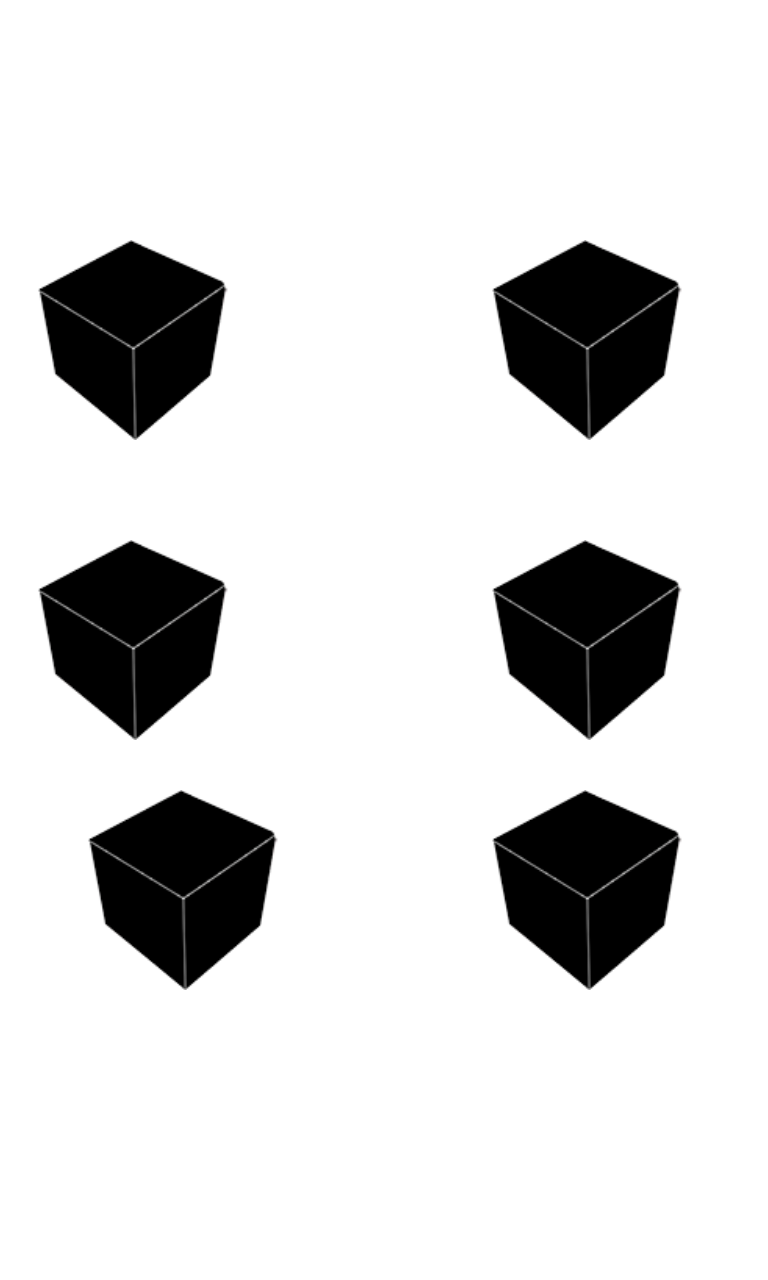
Repository: DSKarramba/university
Layout: models_and_methods_ICS/lab_01/code/calc/res/layout/activity_main.xml
An editor plug-in stored every save of this project. The layout is shown before and after the next save, followed by the edit.
It is drawn on a 768 x 1280 px phone screen (xhdpi) without system bars, with theme AppTheme; the app's code is not run.

Above is the layout before, as saved 2014-12-11 03:41:34.

### models_and_methods_ICS/lab_01/code/calc/res/layout/activity_main.xml
<RelativeLayout xmlns:android="http://schemas.android.com/apk/res/android"
    xmlns:tools="http://schemas.android.com/tools"
    android:layout_width="match_parent"
    android:layout_height="match_parent"
    android:layout_gravity="top"
    android:paddingBottom="@dimen/activity_vertical_margin"
    android:paddingLeft="@dimen/activity_horizontal_margin"
    android:paddingRight="@dimen/activity_horizontal_margin"
    android:paddingTop="@dimen/activity_vertical_margin"
    tools:context="com.example.calc.MainActivity" >

    <ImageButton
        android:id="@+id/img1"
        android:layout_width="100dp"
        android:layout_height="100dp"
        android:layout_above="@+id/img3"
        android:layout_alignLeft="@+id/img3"
        android:layout_marginBottom="50dp"
        android:background="@android:color/transparent"
        android:contentDescription="@string/str_box"
        android:scaleType="fitCenter"
        android:src="@drawable/box" />

    <ImageButton
        android:id="@+id/img2"
        android:layout_width="100dp"
        android:layout_height="100dp"
        android:layout_above="@+id/img4"
        android:layout_alignRight="@+id/img4"
        android:layout_marginBottom="50dp"
        android:background="@android:color/transparent"
        android:contentDescription="@string/str_box"
        android:scaleType="fitCenter"
        android:src="@drawable/box" />

    <ImageButton
        android:id="@+id/img3"
        android:layout_width="100dp"
        android:layout_height="100dp"
        android:layout_alignParentLeft="true"
        android:layout_alignParentLeft="true"
        android:layout_centerVertical="true"
        android:background="@android:color/transparent"
        android:contentDescription="@string/str_box"
        android:scaleType="fitCenter"
        android:src="@drawable/box" />

    <ImageButton
        android:id="@+id/img4"
        android:layout_width="100dp"
        android:layout_height="100dp"
        android:layout_alignLeft="@+id/img6"
        android:layout_centerVertical="true"
        android:background="@android:color/transparent"
        android:contentDescription="@string/str_box"
        android:scaleType="fitCenter"
        android:src="@drawable/box" />

    <ImageButton
        android:id="@+id/img5"
        android:layout_width="100dp"
        android:layout_height="100dp"
        android:layout_alignParentLeft="true"
        android:layout_below="@+id/img3"
        android:layout_marginLeft="25dp"
        android:layout_marginTop="25dp"
        android:background="@android:color/transparent"
        android:contentDescription="@string/str_box"
        android:scaleType="fitCenter"
        android:src="@drawable/box" />

    <ImageButton
        android:id="@+id/img6"
        android:layout_width="100dp"
        android:layout_height="100dp"
        android:layout_alignParentRight="true"
        android:layout_below="@+id/img4"
        android:layout_marginRight="25dp"
        android:layout_marginTop="25dp"
        android:background="@android:color/transparent"
        android:contentDescription="@string/str_box"
        android:scaleType="fitCenter"
        android:src="@drawable/box" />

</RelativeLayout>

### models_and_methods_ICS/lab_01/code/calc/res/values/strings.xml
<?xml version="1.0" encoding="utf-8"?>
<resources>

    <string name="app_name">cats</string>
    <string name="action_settings">Settings</string>
    <string name="str_box">box</string>

</resources>

Loaded but not shown: models_and_methods_ICS/lab_01/code/calc/res/values/styles.xml (common file); models_and_methods_ICS/lab_01/code/calc/res/values-v11/styles.xml (common file); models_and_methods_ICS/lab_01/code/calc/res/values-v14/styles.xml (common file); models_and_methods_ICS/lab_01/code/calc/res/values/dimens.xml (common file); models_and_methods_ICS/lab_01/code/calc/res/values-w820dp/dimens.xml (common file)

After the next save:
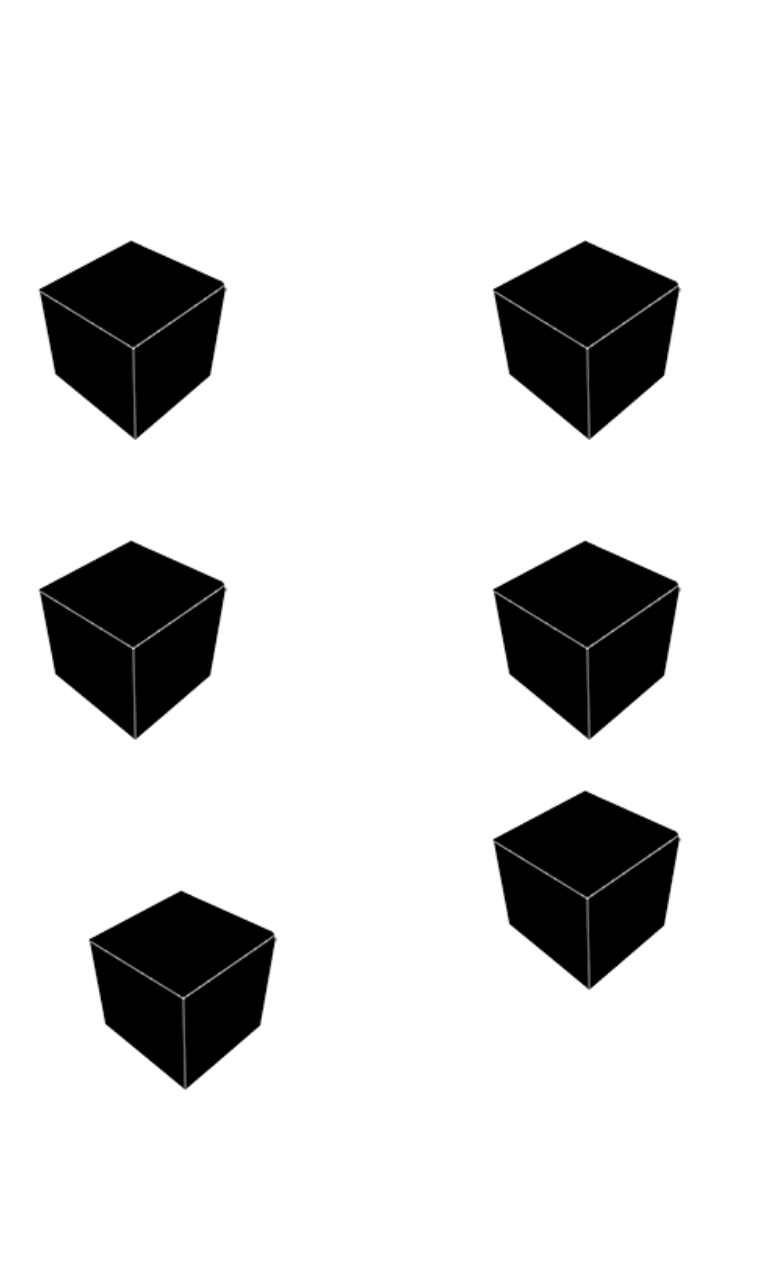
Saved 10 s later.
--- a/models_and_methods_ICS/lab_01/code/calc/res/layout/activity_main.xml
+++ b/models_and_methods_ICS/lab_01/code/calc/res/layout/activity_main.xml
@@ -38,8 +38,8 @@
         android:layout_width="100dp"
         android:layout_height="100dp"
         android:layout_alignParentLeft="true"
-        android:layout_alignParentLeft="true"
         android:layout_centerVertical="true"
+        android:layout_marginBottom="50dp"
         android:background="@android:color/transparent"
         android:contentDescription="@string/str_box"
         android:scaleType="fitCenter"
